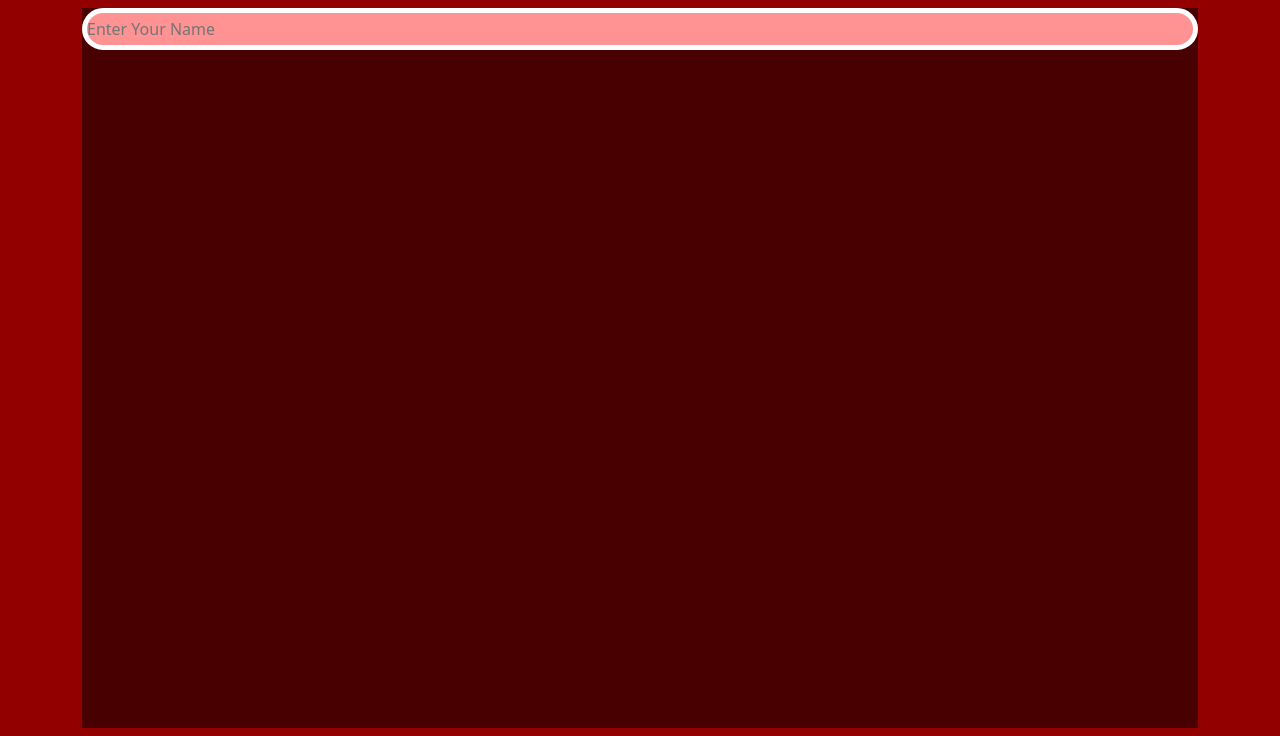
Repository: Haneef-Shaik/Greetings
Page: /
An editor plug-in stored every save of this project. The page is shown before and after the next save, followed by the edit.
The browser window is 1280 px wide. The pictures show the whole page.
The project was rebuilt for these pictures with package versions that can differ from the ones it lists, and the page was loaded fresh each time. The framework's server and built-in components were replaced by stand-ins that run in the browser. Also part of the build but not shown: next.config.js, styles/card.module.scss, components/card.js, styles/socialShare.module.scss, components/socialShare.js.

Above is the page before, as saved 2021-12-01 20:09:46.

After the next save:
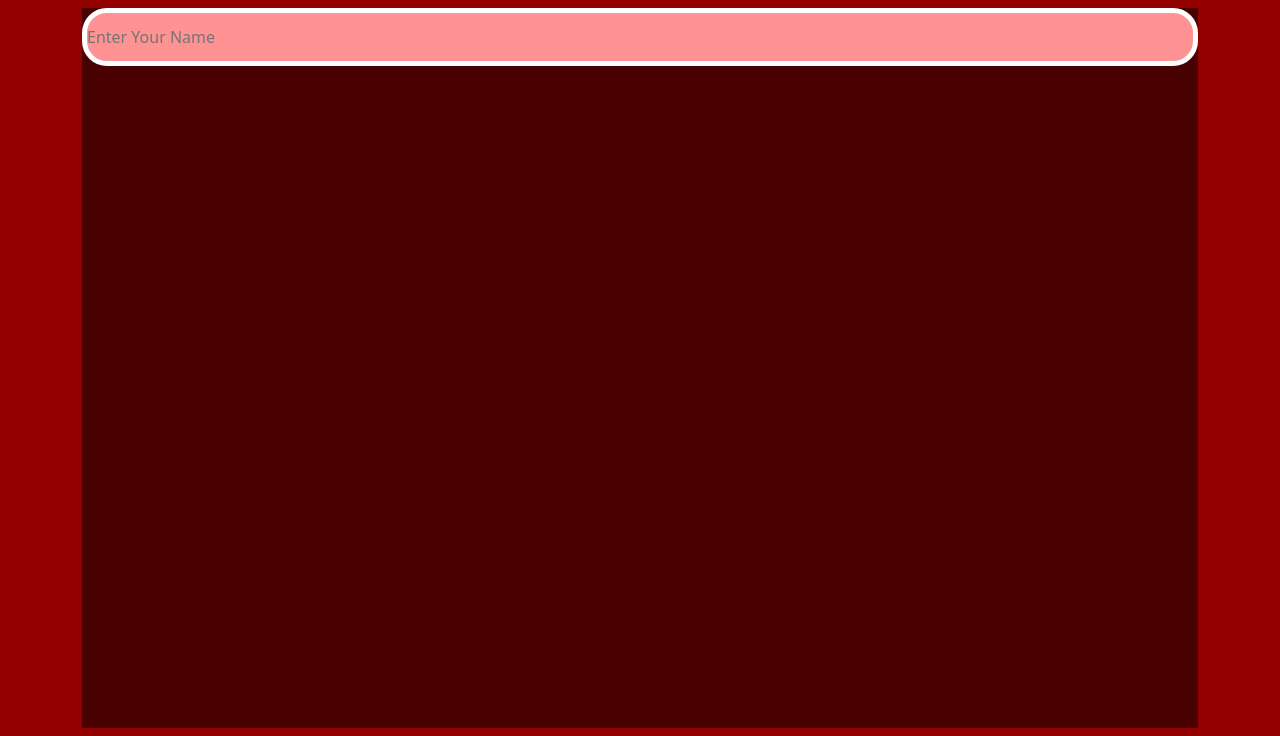
Saved 8 s later.
--- a/styles/form.module.scss
+++ b/styles/form.module.scss
@@ -5,7 +5,7 @@
         border:5px solid #FFFFFF;
         border-radius:25px;
         background-color:#FF9292;
-        line-height:2rem;
+        line-height:3rem;
 
     }
 }
